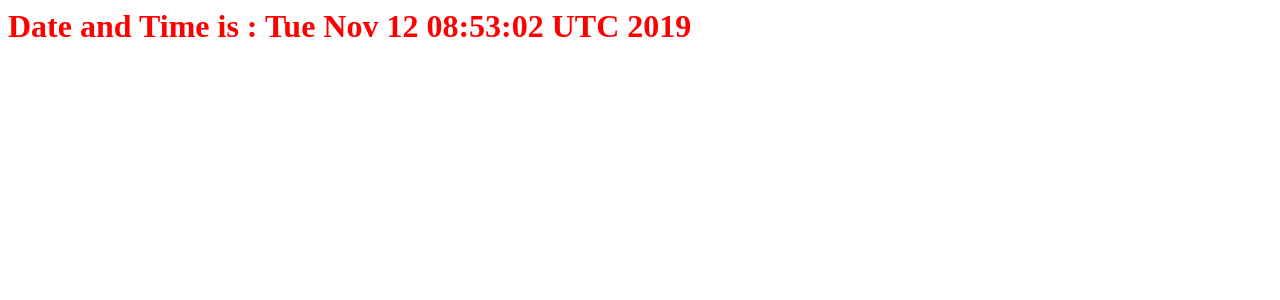
Repository: abhinavk718/servlet-project
Page: http://localhost/myfirstwebapp/first
These files come from the project's save history. The page is drawn as it stood at one moment and after the next save; the edit follows.
The browser window is 1280 px wide. The pictures show the whole page.
The page is served by Tomcat 9.

Above is the page before, as saved 2019-11-12 17:06:31.

After the next save:
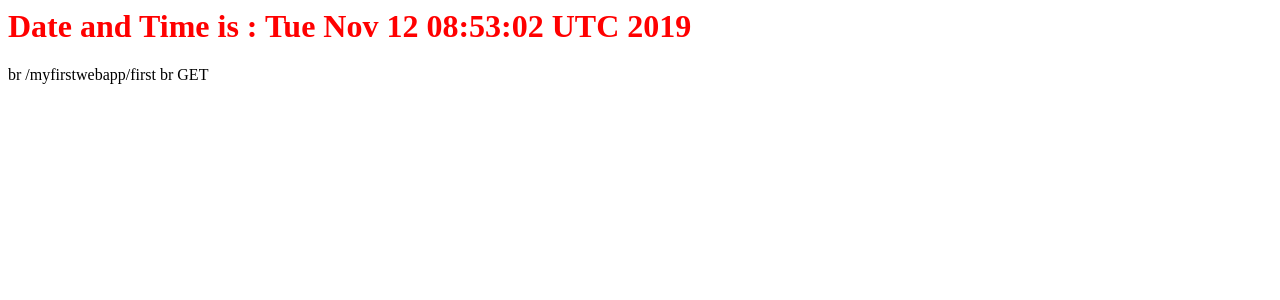
Saved 12 h 46 min later.
--- a/myfirstwebapp/src/com/tyss/myfirstwebapp/servlets/MyFirstServlet.java
+++ b/myfirstwebapp/src/com/tyss/myfirstwebapp/servlets/MyFirstServlet.java
@@ -24,6 +24,14 @@ public class MyFirstServlet extends HttpServlet
 		out.println("<h1 style='color:red'>Date and Time is :");
 		out.println(date.toString());
 		out.println("</h1>");
+
+		String url=req.getRequestURI();
+		String method=req.getMethod();
+		out.println("br");
+		out.println(url);
+		out.println("br");
+		out.println(method);
+
 		out.println("</body>");
 		out.println("</html>");
 	}//end of foGet
